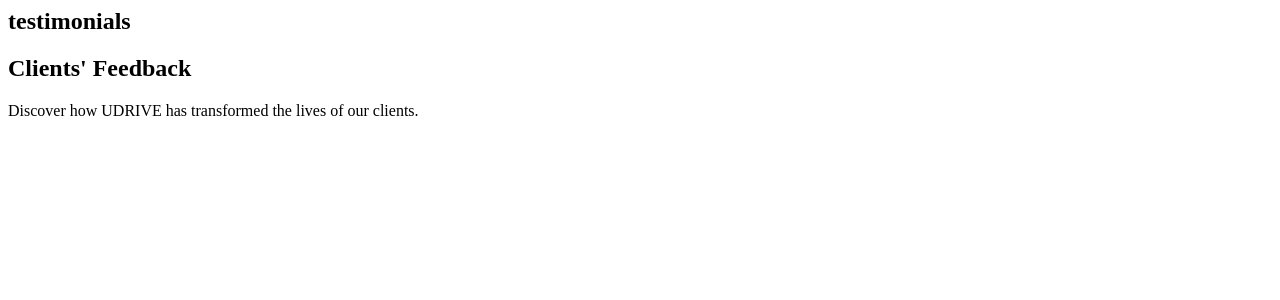
Repository: sanyathecreator/udrive-carsharing
Page: index.testimonials.partial.html
These files come from the project's save history. The page is drawn as it stood at one moment and after the next save; the edit follows.
The browser window is 1280 px wide. The pictures show the whole page.

Above is the page before, as saved 2025-09-11 00:59:41.

After the next save:
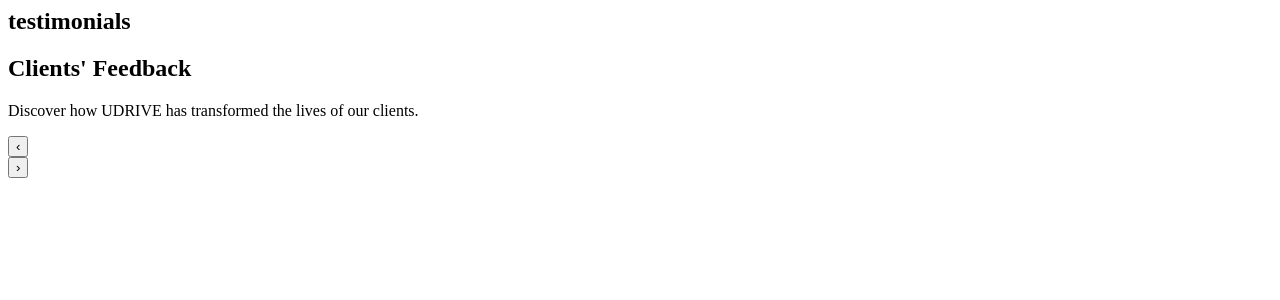
Saved 119 s later.
--- a/index.testimonials.partial.html
+++ b/index.testimonials.partial.html
@@ -4,4 +4,8 @@
     <h2 class="testimonials__subtitle">Clients' Feedback</h2>
     <p class="testimonials__text">Discover how UDRIVE has transformed the lives of our clients.
     </p>
-<div class="testimonials"
+<div class="t-carousel">
+  <button class="t-nav t-nav--prev" aria-label="Previous">‹</button>
+  <div class="t-slot"></div>   <!-- сюди рендеримо -->
+  <button class="t-nav t-nav--next" aria-label="Next">›</button>
+</div>
